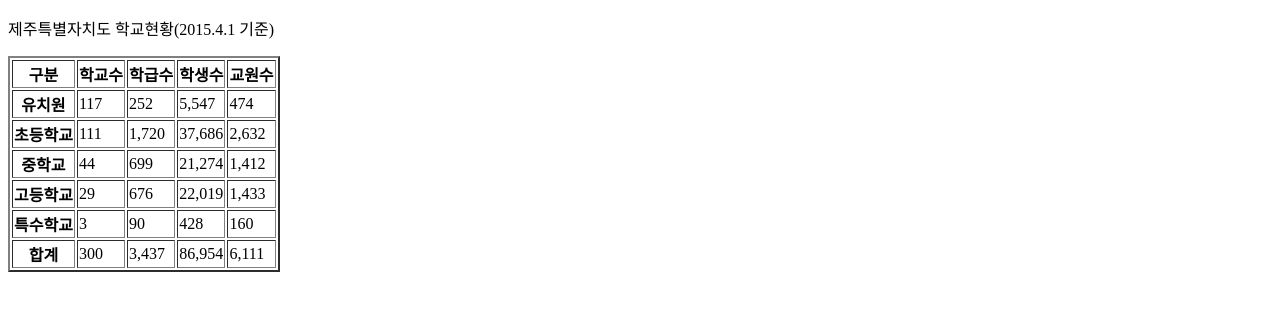
Repository: seulhwangbo/SeulJSP
Page: jspSrc17/webStandard01/src/main/webapp/02/table06.html
The author's editor kept a copy of each file at every save. The page is drawn from the files as they stood at one save, then again after the next save.
The browser window is 1280 px wide. The pictures show the whole page.

Above is the page before, as saved 2024-06-13 06:39:40.

### jspSrc17/webStandard01/src/main/webapp/02/table06.html
<!DOCTYPE html>
<html>
<head>
<meta charset="UTF-8">
<style type="text/css">
td.td{
padding: 20px;
}
th{
text-decoration:  strong;
}
</style>
<title>Insert title here</title>
</head>
<body>
	<p>제주특별자치도 학교현황(2015.4.1 기준)</p>
	<table border="2">
		<tr>
			<th>구분</th>
			<th>학교수</th>
			<th>학급수</th>
			<th>학생수</th>
			<th>교원수</th>
		</tr>
		<tr>
			<th>유치원</th>
			<td>117</td>
			<td>252</td>
			<td>5,547</td>
			<td>474</td>
		</tr>
		<tr>
			<th>초등학교</th>
			<td>111</td>
			<td>1,720</td>
			<td>37,686</td>
			<td>2,632</td>
		</tr>
		<tr>
			<th>중학교</th>
			<td>44</td>
			<td>699</td>
			<td>21,274</td>
			<td>1,412</td>
		</tr>
		<tr>
			<th>고등학교</th>
			<td>29</td>
			<td>676</td>
			<td>22,019</td>
			<td>1,433</td>
		</tr>
		<tr>
			<th>특수학교</th>
			<td>3</td>
			<td>90</td>
			<td>428</td>
			<td>160</td>
		</tr>
		<tr>
			<th>합계</th>
			<td>300</td>
			<td>3,437</td>
			<td>86,954</td>
			<td>6,111</td>
		</tr>
	</table>
</body>
</html>

After the next save:
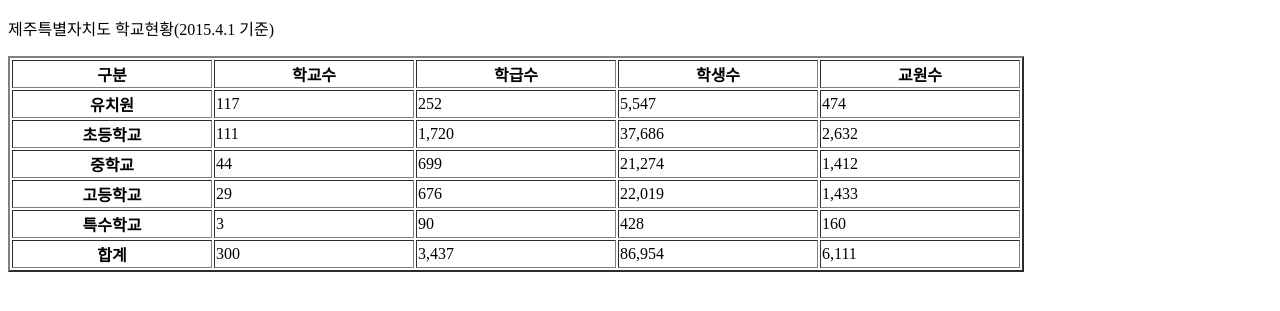
Saved 57 s later.
--- a/jspSrc17/webStandard01/src/main/webapp/02/table06.html
+++ b/jspSrc17/webStandard01/src/main/webapp/02/table06.html
@@ -15,6 +15,13 @@ text-decoration:  strong;
 <body>
 	<p>제주특별자치도 학교현황(2015.4.1 기준)</p>
 	<table border="2">
+	<colgroup>
+	<col style="width : 200px";>
+	<col style="width : 200px";>
+	<col style="width : 200px";>
+	<col style="width : 200px";>
+	<col style="width : 200px";>
+	</colgroup>
 		<tr>
 			<th>구분</th>
 			<th>학교수</th>
